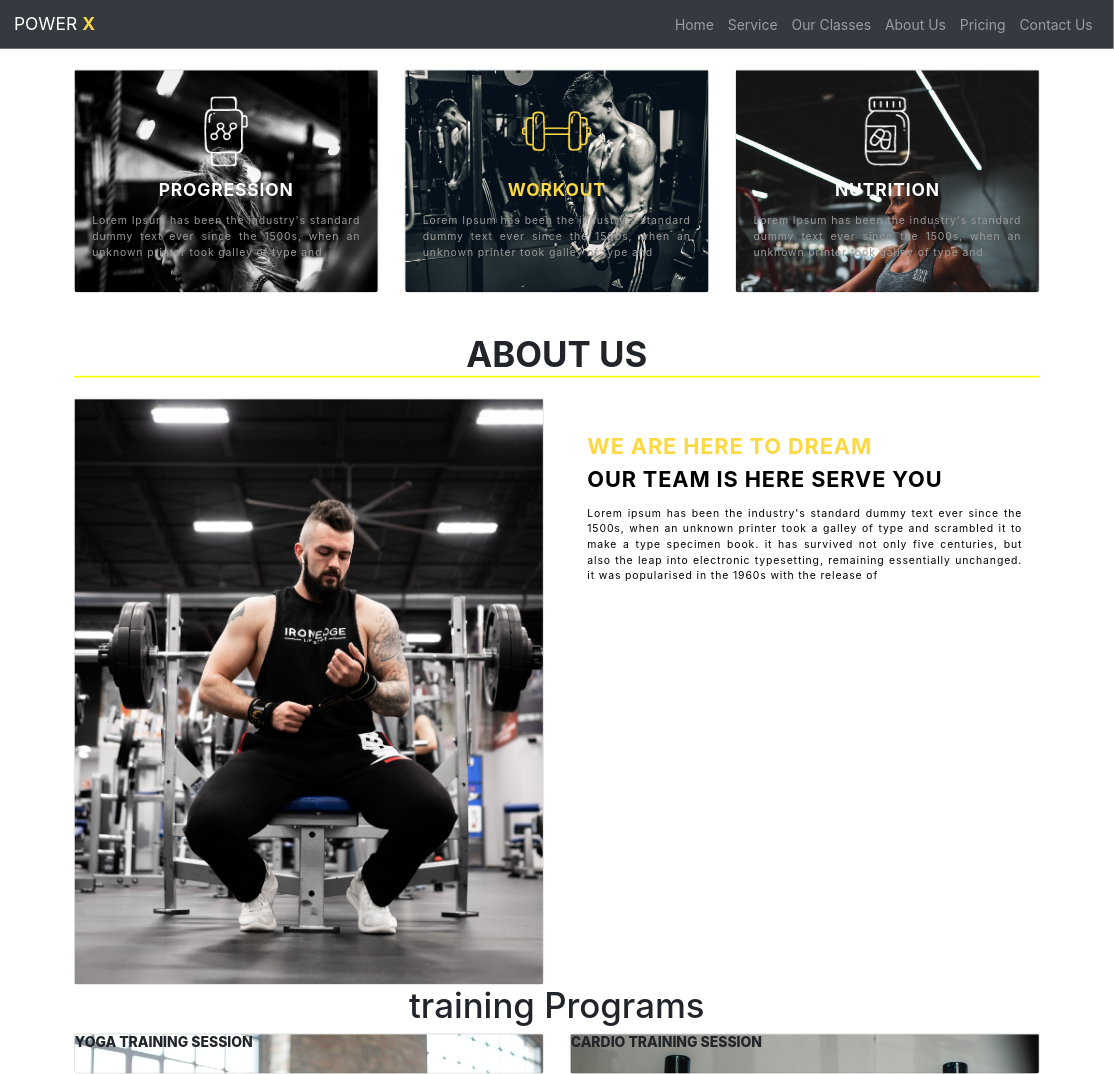
Repository: arif286/power-x-gym
Page: /
These files come from the project's save history. The page is drawn as it stood at one moment and after the next save; the edit follows.
The browser window is 1280 px wide. The pictures show the whole page, at 87% of full size.
The project was rebuilt for these pictures with package versions that can differ from the ones it lists, and the page was loaded fresh each time.

Above is the page before, as saved 2021-04-06 21:34:15.

### src/index.js
import React from 'react';
import ReactDOM from 'react-dom';
import App from './App';
import "./index.css";
import reportWebVitals from './reportWebVitals';
ReactDOM.render(
  <React.StrictMode>
    <App />
  </React.StrictMode>,
  document.getElementById('root')
);

// If you want to start measuring performance in your app, pass a function
// to log results (for example: reportWebVitals(console.log))
// or send to an analytics endpoint. Learn more: https://bit.ly/CRA-vitals
reportWebVitals();

### src/App.js
import "bootstrap/dist/css/bootstrap.min.css";
import React from 'react';
import { BrowserRouter as Router, Route, Switch } from "react-router-dom";
import Header from './components/Header/Header';
import Home from './components/Home/Home';
function App() {
  return (
    <div>
      <Router>
        <Header/>
        <Switch>
          <Route path='/home'>
            <Home/>
          </Route>
          <Route exact path='/'>
            <Home/>
          </Route>
        </Switch>
      </Router>
    </div>
  );
}

export default App;

### src/components/Header/Header.js
import React from "react";
import { Nav, Navbar } from "react-bootstrap";


const Header = () => {

  return (
    <div>
      <Navbar bg="dark" variant="dark">
        <Navbar.Brand href="#home">
          POWER
          <span style={{ color: "#FCD842",marginLeft:'6px', fontWeight:700 }}>X</span>
        </Navbar.Brand>
        <Nav className="ml-auto">
          <Nav.Link href="#home">Home</Nav.Link>
          <Nav.Link href="#features">Service</Nav.Link>
          <Nav.Link href="#features">Our Classes</Nav.Link>
          <Nav.Link href="#features">About Us</Nav.Link>
          <Nav.Link href="#features">Pricing</Nav.Link>
          <Nav.Link href="#pricing">Contact Us</Nav.Link>
        </Nav>
      </Navbar>
      <br />
    </div>
  );
};

export default Header;

### src/components/Home/Home.js
import React from "react";
import About from "../About/About";
import Programs from "../Programs/Programs";
import WorkOut from "../WorkOut/WorkOut";

const Home = () => {
  return (
    <>
      <WorkOut />
      <About />
      <Programs/>
    </>
  );
};

export default Home;

### src/components/About/About.js
import React from "react";
import { Card, Col, Container, Row } from "react-bootstrap";
import aboutImg from "../../power-x-gym/Image & Icon/wells-chan-H-vAxuWxmi8-unsplash.jpg";

const About = () => {
  return (
    <>
      <Container className="mt-5">
        <h1 className="text-center mb-4 about-title">about us</h1>
        <Row className="row-cols-1 row-cols-md-2 g-4 ">
          <Col>
            <Card className="h-100">
              <img
                style={{
                  width: "100%",
                  height: "100%",
                  objectFit: "cover",
                }}
                src={aboutImg}
                alt=""
              />
            </Card>
          </Col>
          <Col>
            <Card style={{ border: "none" }} className="h-100 work-card ">
              <Card.Body>
                <h5
                  style={{
                    color: "#FCD842",
                    fontSize: "25px",
                    marginTop: "20px",
                  }}
                >
                  We are here to dream
                </h5>
                <h5 style={{ color: "black", fontSize: "25px" }}>
                  our team is here serve you
                </h5>
                <p style={{ color: "black" }}>
                  Lorem ipsum has been the industry's standard dummy text ever
                  since the 1500s, when an unknown printer took a galley of type
                  and scrambled it to make a type specimen book. it has survived
                  not only five centuries, but also the leap into electronic
                  typesetting, remaining essentially unchanged. it was
                  popularised in the 1960s with the release of
                </p>
              </Card.Body>
            </Card>
          </Col>
        </Row>
      </Container>
    </>
  );
};

export default About;

### src/components/Programs/Programs.js
import React from "react";
import { Card, Col, Container, Row } from "react-bootstrap";
import './Programs.css';
const Programs = () => {
  return (
    <>
      <Container>
        <h1 className="text-center">
          training <span>Programs</span>
        </h1>
        <Row className="row-cols-1 row-cols-md-2 g-4">
          <Col>
            <Card className="yoga programs-img h-100">
              <h6> Yoga training session</h6>
            </Card>
          </Col>
          <Col>
            <Card className="cardio programs-img h-100">
              <h6>cardio training session</h6>
            </Card>
          </Col>
        </Row>
      </Container>
    </>
  );
};

export default Programs;

### src/components/WorkOut/WorkOut.js
import React from "react";
import { Card, Col, Container, Row } from "react-bootstrap";
import watch from "../../power-x-gym/Image & Icon/Group 80.png";
import dumble from "../../power-x-gym/Image & Icon/Group 81.png";
import box from "../../power-x-gym/Image & Icon/Group 82.png";
import "./WorkOut.css";

const WorkOut = () => {
  return (
    <>
      <Container>
        <Row className="row-cols-1 row-cols-md-3 g-4">
          <Col>
            <Card className="hard-work work-card h-100">
              <Card.Body className="text-center ">
                <img src={watch} className="work-img" alt="" />
                <h5>Progression</h5>
                <p>
                  Lorem Ipsum has been the industry's standard dummy text ever
                  since the 1500s, when an unknown printer took galley of type
                  and
                </p>
              </Card.Body>
            </Card>
          </Col>
          <Col>
            <Card className="work-out work-card h-100">
              <Card.Body className="text-center">
                <img className="work-img" src={dumble} alt="" />
                <h5 style={{ color: "#FCD842" }}>WorkOut</h5>
                <p>
                  Lorem Ipsum has been the industry's standard dummy text ever
                  since the 1500s, when an unknown printer took galley of type
                  and
                </p>
              </Card.Body>
            </Card>
          </Col>
          <Col>
            <Card className="nutrition work-card h-100">
              <Card.Body className="text-center">
                <img className="work-img" src={box} alt="" />
                <h5>nutrition</h5>
                <p>
                  Lorem Ipsum has been the industry's standard dummy text ever
                  since the 1500s, when an unknown printer took galley of type
                  and
                </p>
              </Card.Body>
            </Card>
          </Col>
        </Row>
      </Container>
    </>
  );
};

export default WorkOut;

### src/components/Programs/Programs.css
.yoga {
  background-image: url("../../power-x-gym/Image & Icon/bruce-mars-gJtDg6WfMlQ-unsplash.png");
}
.cardio {
  background-image: url("../../power-x-gym/Image & Icon/arthur-edelman-qfjuh4OLdxw-unsplash.jpg");
}
.programs-img {
  background-repeat: no-repeat;
  background-size: cover;
}
.programs-img h6 {
  text-transform: uppercase;
  margin-top: auto;
  margin-bottom: 25px;
  font-weight: 800;
}

### src/components/WorkOut/WorkOut.css
.hard-work {
  background-image: url("../../power-x-gym/Image & Icon/hipcravo-5UbIqV58CW8-unsplash.jpg");
}
.work-out {
  background-image: url("../../power-x-gym/Image & Icon/daniel-apodaca-WdoQio6HPVA-unsplash.jpg");
}
.nutrition {
  background-image: url("../../power-x-gym/Image & Icon/penguinuhh-8VI6WwEEEHw-unsplash.jpg");
}
.work-card {
  background-repeat: no-repeat;
  background-size: cover;
}
.work-img {
  width: 80px;
  height: 80px;
  object-fit: contain;
  margin-bottom: 15px;
  margin-top: 10px;
}
.work-card h5 {
  color: white;
  text-transform: uppercase;
  font-weight: 700;
  letter-spacing: 1px;
}
.work-card p {
  color: #9b9999;
  font-size: 12px;
  letter-spacing: 1px;
  text-align: justify;
  margin-top: 15px;
}

.about-title {
  text-transform: uppercase;
  font-weight: 700;
  border-bottom: 2px solid yellow;
}

Loaded but not shown: public/index.html (common file); src/index.css (common file); src/reportWebVitals.js (common file)

After the next save:
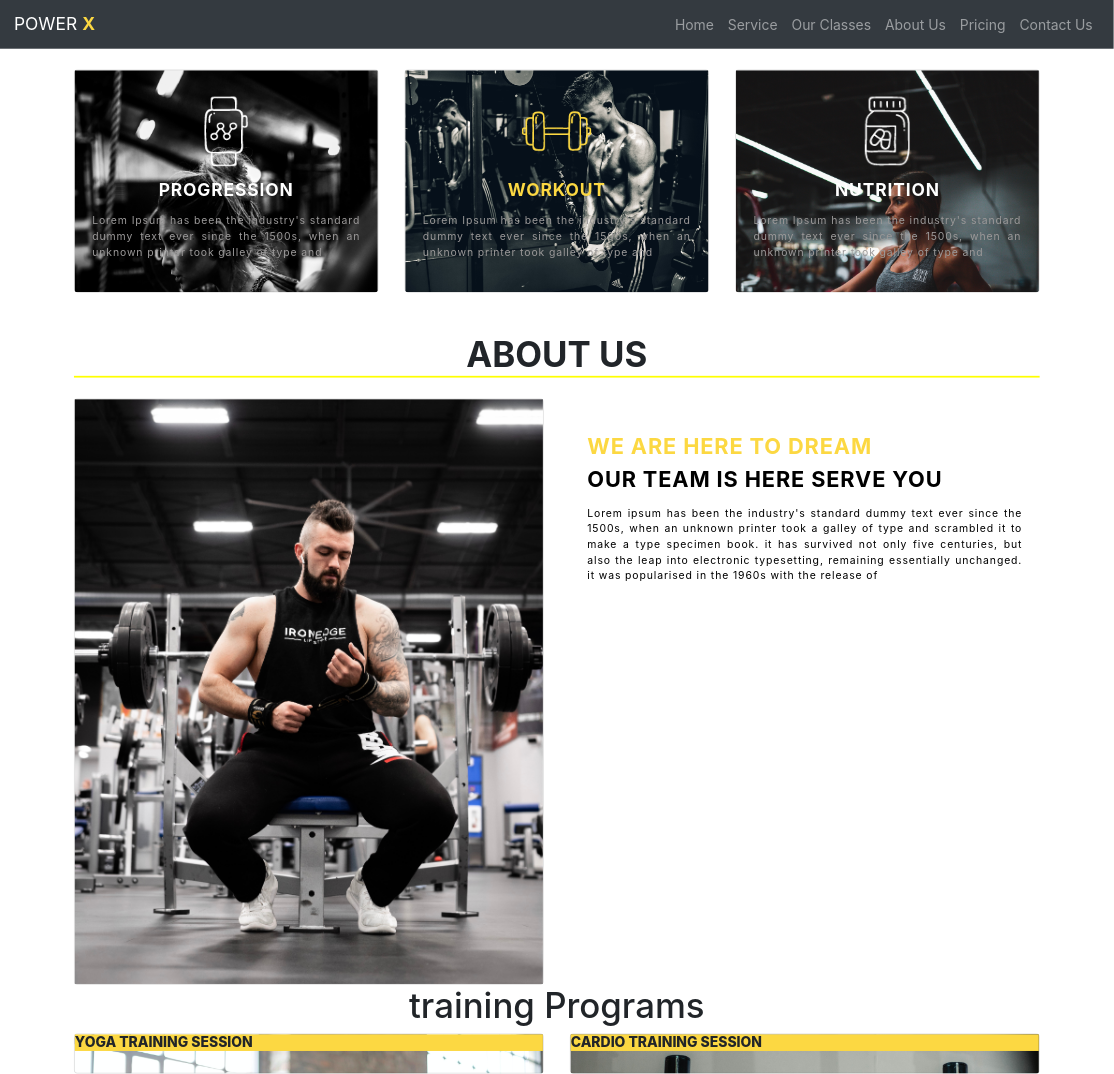
Saved 56 s later.
--- a/src/components/Programs/Programs.css
+++ b/src/components/Programs/Programs.css
@@ -13,4 +13,5 @@
   margin-top: auto;
   margin-bottom: 25px;
   font-weight: 800;
+  background-color: #fcd842;
 }
